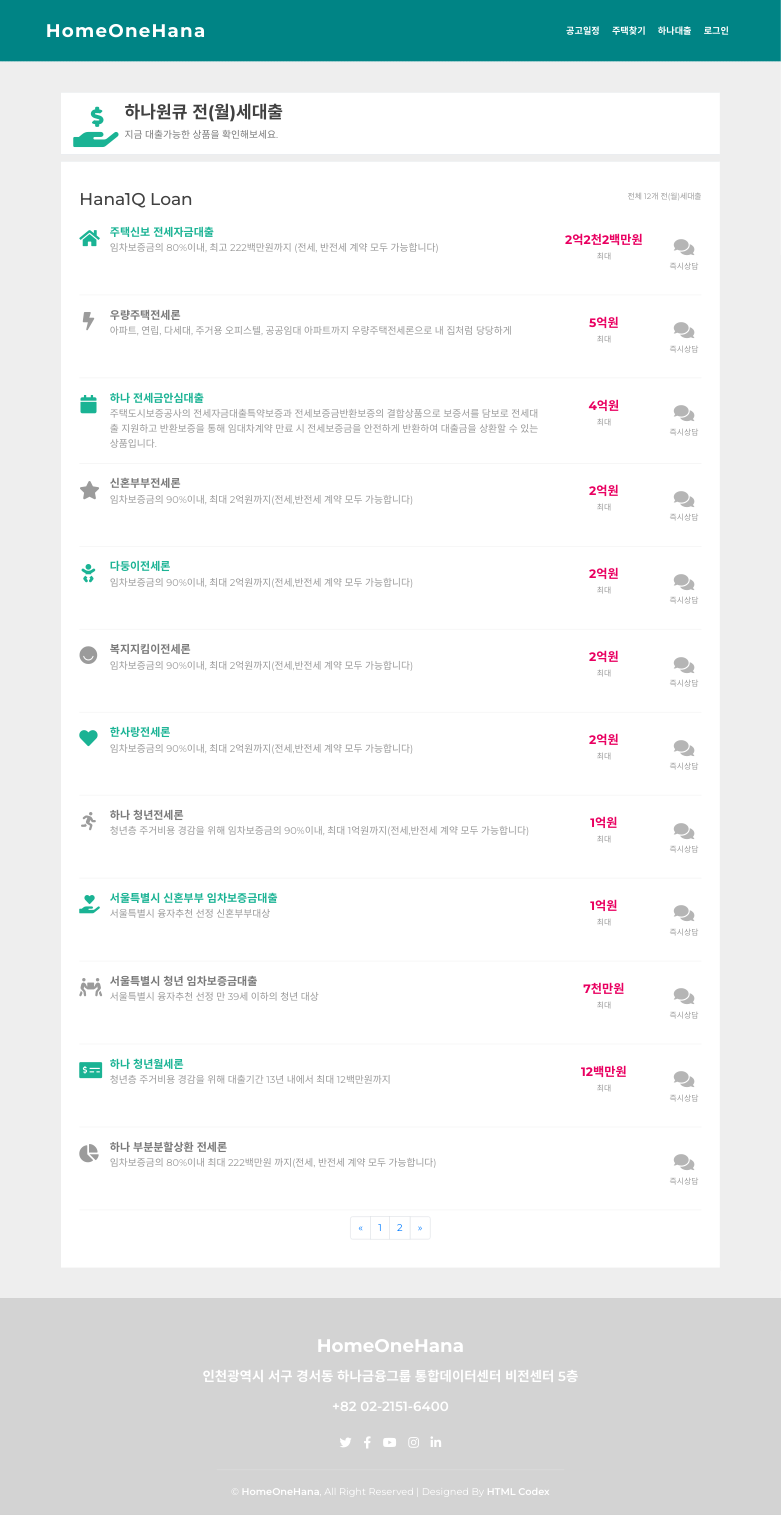
Repository: koposoftware/2021_10_syyoon
Page: http://localhost/HomeOneHana/WEB-INF/jsp/loan/loan.jsp
These files come from the project's save history. The page is drawn as it stood at one moment and after the next save; the edit follows.
The browser window is 1280 px wide. The pictures show the whole page, at 61% of full size.
After loading, the first visible `a.page-link` was clicked once.
Some web libraries are served in a nearby version. The page is served by Tomcat 9. Nobody is signed in. The template is opened directly, without the code that normally fills it, so the values that code supplies are empty.

Above is the page before, as saved 2021-09-14 10:19:18.

After the next save:
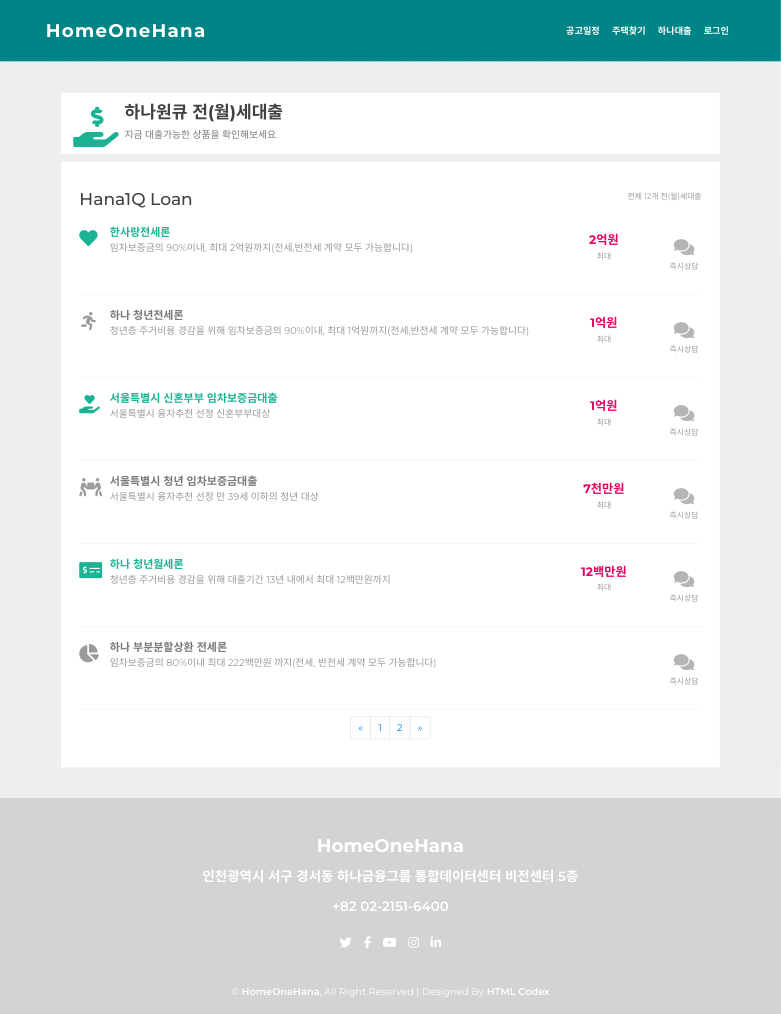
Saved 76 s later.
--- a/project/Spring-mvc/HomeOneHana/src/main/webapp/resources/js/loan/loan.js
+++ b/project/Spring-mvc/HomeOneHana/src/main/webapp/resources/js/loan/loan.js
@@ -9,7 +9,19 @@
 	$('.page-link').click(function(){
 		var page = $(this).html()
 		if( page == 1){
+			$('.forum-item').eq(6).hide()
+			$('.forum-item').eq(7).hide()
+			$('.forum-item').eq(8).hide()
+			$('.forum-item').eq(9).hide()
+			$('.forum-item').eq(10).hide()
+			$('.forum-item').eq(11).hide()
+		}else{
 			$('.forum-item').eq(0).hide()
+			$('.forum-item').eq(1).hide()
+			$('.forum-item').eq(2).hide()
+			$('.forum-item').eq(3).hide()
+			$('.forum-item').eq(4).hide()
+			$('.forum-item').eq(5).hide()
 		}
 	})
 })
